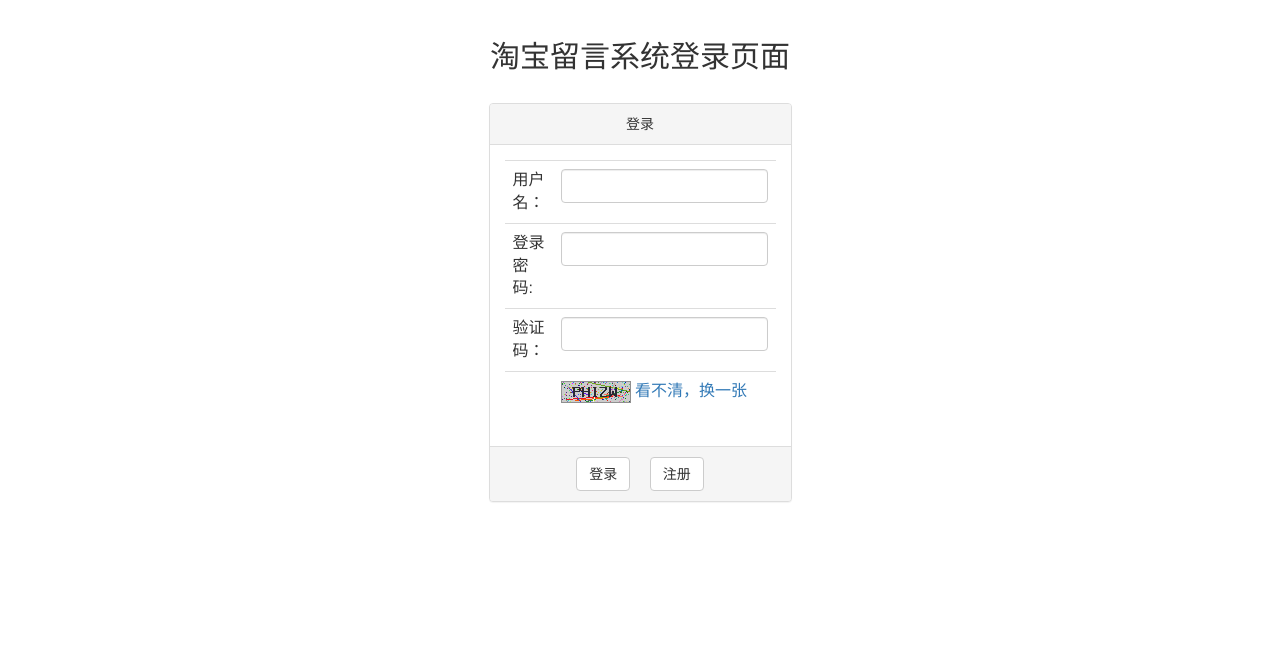
Repository: suxiaohutot/PHP
Page: http://localhost/dengluhtml.php
These files come from the project's save history. The page is drawn as it stood at one moment and after the next save; the edit follows.
The browser window is 1280 px wide. The pictures show the whole page.
The page is run by PHP 8.4 with error messages shown; the project is at /var/www/html/.

Above is the page before, as saved 2019-11-06 11:24:26.

### test/dengluhtml.php
<html>
<head>
<meta charset="utf-8"/>
<link href="css/bootstrap.min.css" rel="stylesheet" />
	<style type="text/css">
	body{ text-align:center}
	</style>
</head>
<body>
<br>
	<form action="denglu.php" method="post" class="container">
	<div ><h2>淘宝留言系统登录页面</h2></div>
	<br>
		<div class="form-inline">
			<div class="form-group">
				<div class="panel panel-default">
                	<div class="panel-heading">
                		登录
                	</div>
                	<div class="panel-body">
                		<table class="table">
                            <tr>
                            	<td>用户名：</td>
                            	<td><input type="text" name="username" class="form-control"></td>
                            </tr>
                            <tr>
                            	<td>登录密码:</td>
                            	<td><input type="password" name="password" size="20" maxlength="15" class="form-control"></td>
                            </tr>

                            <tr>
                            	<td>验证码：</td>
                            	<td><input type="text" name="captcha"  class="form-control"/></td>
                            </tr>

                            <tr>
                            	<td style="width: 10px"></td>
                                <td>
                                    <img src="./test4/code.php" alt="" id="code_img" />
                                    <a href="#" id="change">看不清，换一张</a>
                                </td>

                            </tr>

                        </table>
            		</div>
            		<div class="panel-footer">
            			<div class="center-button">
            				<input type="submit" value="登录" class="btn btn-default">
            				&nbsp;&nbsp;&nbsp;
                            <a href="zhuce.php">
                            	<input type="button" value="注册" class="btn btn-default">
                            </a>
						</div>
            		</div>
        		</div>

			</div>
		</div>
    </form>

<script>         <!--验证验证码的脚本 -->
	var change = document.getElementById("change");
	var img = document.getElementById("code_img");
	change.onclick = function(){
		img.src = "./test4/code.php?t="+Math.random(); //增加一个随机参数，防止图片缓存
		return false; //阻止超链接的跳转动作
	}
</script>
</body>
</html>

### test/test4/code.php
<?php

$img_w=70;		//初始化验证码图片的宽
$img_h=22;		//初始化验证码图片的高
$char_len = 5;	//初始化码值的长度
$font=5;		//初始化验证码字体大小

//生成码值数组,不需要0，避免与字母o冲突
$char = array_merge(range('A','Z'), range('a','z'),range(1, 9));

//随机获取$char_len个码值的键
$rand_keys = array_rand($char, $char_len);

//判断当码值长度为1时，将其放入数组中
if ($char_len == 1) {
	$rand_keys = array($rand_keys);
}

//打乱随机获取的码值键的数组
shuffle($rand_keys);

//根据键获取对应的码值，并拼接成字符串
$code = '';
foreach($rand_keys as $key) {
	$code .= $char[$key];
}

//将获取的码值字符串保存session中
session_start();
$_SESSION['captcha_code'] = $code;

//将码值写入到画布中并展示

//----1 生成画布

$img = imageCreateTrueColor($img_w, $img_h);
//设置背景
$bg_color = imageColorAllocate($img, 0xcc, 0xcc, 0xcc);
imageFill($img, 0, 0, $bg_color);
//干扰像素
for($i=0; $i<=300; ++$i) {
	$color = imageColorAllocate($img, mt_rand(0, 255), mt_rand(0, 255),mt_rand(0, 255));
	imageSetPixel($img, mt_rand(0, $img_w), mt_rand(0, $img_h), $color);
}

for($i=0; $i<=10; ++$i) {
	//设置直线颜色
	$color = imageColorAllocate($img, mt_rand(0, 255), mt_rand(0, 255),mt_rand(0, 255));
	//在$img图像上随机画一条直线
	imageline($img, mt_rand(0, $img_w), mt_rand(0, $img_h), mt_rand(0, $img_w), mt_rand(0, $img_h),$color);
}

//矩形边框
$rect_color = imageColorAllocate($img, 0x90, 0x90, 0x90);//白
imageRectangle($img, 0, 0, $img_w-1, $img_h-1, $rect_color);

//----2 操作画布

//设定字符串颜色
$str_color = imageColorAllocate($img, mt_rand(0, 100), mt_rand(0, 100),mt_rand(0, 100));
//设定字符串位置
$font_w = imageFontWidth($font);  //字体宽
$font_h = imageFontHeight($font); //字体高
$str_w = $font_w * $char_len;     //字符串宽
imageString($img, $font, ($img_w-$str_w)/2, ($img_h-$font_h)/2, $code, $str_color);

//----3 输出图片内容
header('Content-Type: image/png');
imagepng($img);

//----4 销毁画布
imagedestroy($img);

Loaded but not shown: test/css/bootstrap.min.css (library)

After the next save:
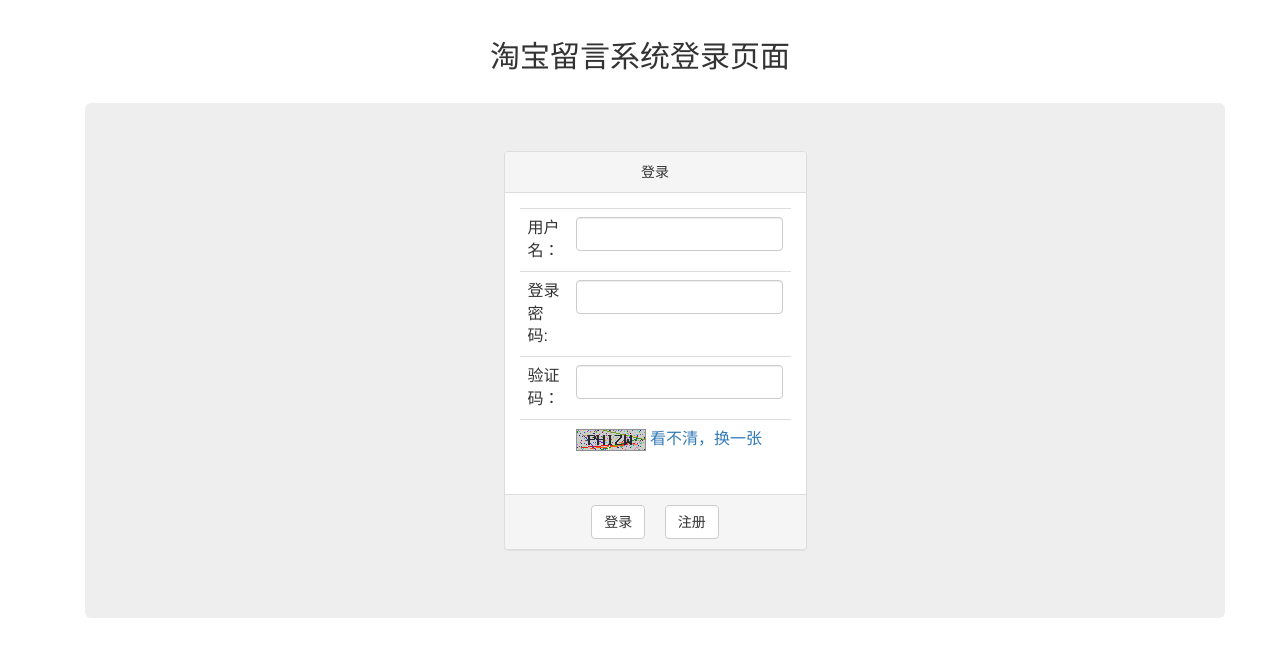
Saved 3 min 32 s later.
--- a/test/dengluhtml.php
+++ b/test/dengluhtml.php
@@ -11,6 +11,9 @@
 	<form action="denglu.php" method="post" class="container">
 	<div ><h2>淘宝留言系统登录页面</h2></div>
 	<br>
+	<div class="container">
+	<div class="jumbotron">
+
 		<div class="form-inline">
 			<div class="form-group">
 				<div class="panel panel-default">
@@ -67,5 +70,7 @@
 		return false; //阻止超链接的跳转动作
 	}
 </script>
+
+
 </body>
 </html>

After the save that followed:
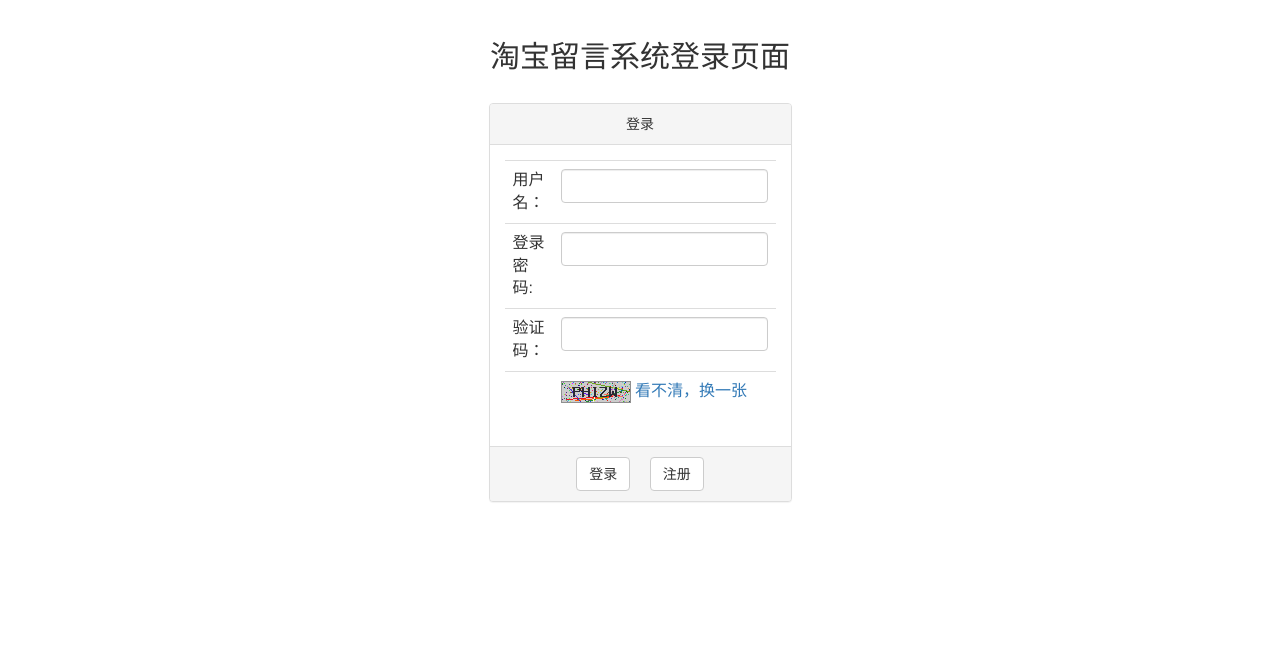
Saved 15 s later.
--- a/test/dengluhtml.php
+++ b/test/dengluhtml.php
@@ -11,9 +11,6 @@
 	<form action="denglu.php" method="post" class="container">
 	<div ><h2>淘宝留言系统登录页面</h2></div>
 	<br>
-	<div class="container">
-	<div class="jumbotron">
-
 		<div class="form-inline">
 			<div class="form-group">
 				<div class="panel panel-default">
